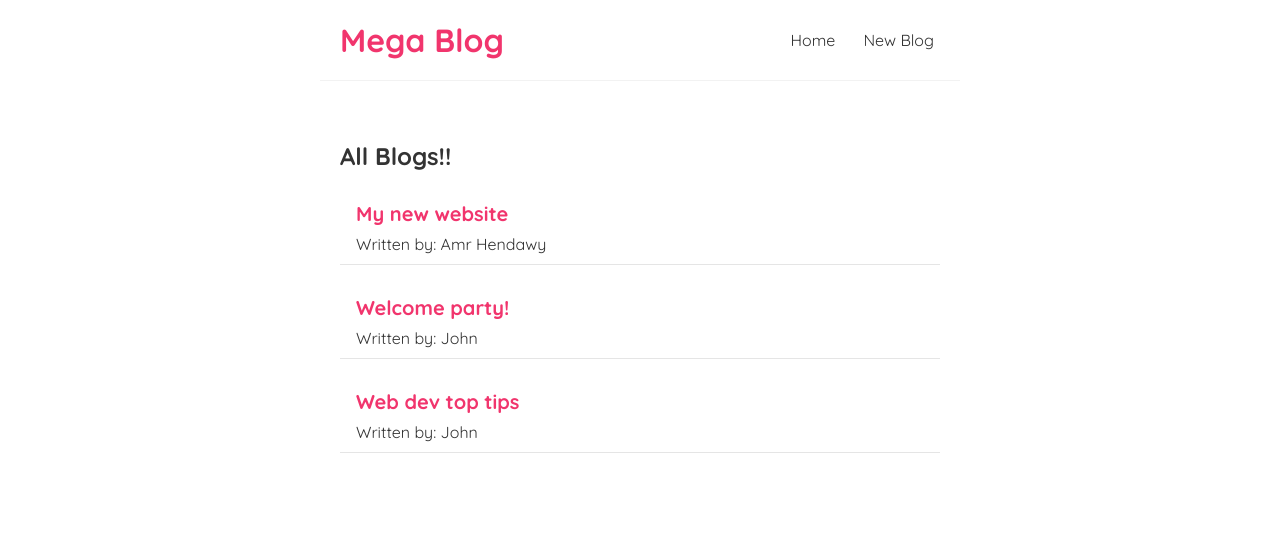
Repository: Amr-Hendawy/blog
Page: /
An editor plug-in stored every save of this project. The page is shown before and after the next save, followed by the edit.
The browser window is 1280 px wide. The pictures show the whole page.
The project was rebuilt for these pictures with package versions that can differ from the ones it lists, and the page was loaded fresh each time.

Above is the page before, as saved 2022-10-28 20:47:00.

### src/index.css
@import url("https://fonts.googleapis.com/css2?family=Quicksand:wght@300;400;500;600;700&display=swap");
/* base styles */
* {
  margin: 0;
  font-family: "Quicksand";
  color: #333;
}
.navbar {
  padding: 20px;
  display: flex;
  align-items: center;
  max-width: 600px;
  margin: 0 auto;
  border-bottom: 1px solid #f2f2f2;
}
.navbar h1 {
  color: #f1356d;
}
.navbar .links {
  margin-left: auto;
}
.navbar a {
  margin-left: 16px;
  text-decoration: none;
  padding: 6px;
}
.navbar a:hover {
  color: #f1356d;
}
.content {
  max-width: 600px;
  margin: 40px auto;
  padding: 20px;
}
/*blog previews / list*/

.blog-preview {
  padding: 10px 16px;
  margin: 20px 0;
  border-bottom: 1px solid rgba(0, 0, 0, 0.1);
}

.blog-preview:hover {
  box-shadow: 1px 3px 5px rgba(0, 0, 0, 0.1);
}
.blog-preview h2 {
  font-size: 20px;
  color: #f1356d;
  margin-bottom: 8px;
}

### src/App.js
import Home from "./Components/Home/Home";
import { Navbar } from "./Components/Navbar/Navbar.jsx";

function App() {
  return (
    <div className="App">
      <Navbar />
      <div className="content">
        <Home />
      </div>
    </div>
  );
}

export default App;

### src/Components/Home/Home.js
import { useState } from "react";
import BlogList from "../BlogList/BlogList";

const Home = () => {
  let [blogs, setBlogs] = useState([
    {
      id: 1,
      author: "Amr Hendawy",
      title: "My new website",
      body: "English Teacher",
    },
    {
      id: 2,
      author: "John",
      title: "Welcome party!",
      body: "German Guide",
    },
    {
      id: 3,
      author: "John",
      title: "Web dev top tips",
      body: "Doctor",
    },
  ]);
  const handleDelete = (id) => {
    const newBlogs = blogs.filter((el) => el.id !== id);
    setBlogs(newBlogs);
  };
  return (
    <div className="home">
      <BlogList test={blogs} title="All Blogs!!" handleDelete={handleDelete} />
    </div>
  );
};

export default Home;

### src/Components/Navbar/Navbar.jsx
import React from "react";

export const Navbar = () => {
  return (
    <div className="navbar">
      <h1>Mega Blog</h1>
      <div className="links">
        <a href="/Home">Home</a>
        <a href="/create">New Blog</a>
      </div>
    </div>
  );
};

### src/Components/BlogList/BlogList.js
import React from "react";

const BlogList = ({ test, title }) => {
  return (
    <div>
      <h2>{title}</h2>
      {test.map((el) => (
        <div className="blog-preview" key={el.id}>
          <h2> {el.title}</h2>
          <p> Written by: {el.author}</p>
        </div>
      ))}
    </div>
  );
};

export default BlogList;

Loaded but not shown: src/index.js (common file)

After the next save:
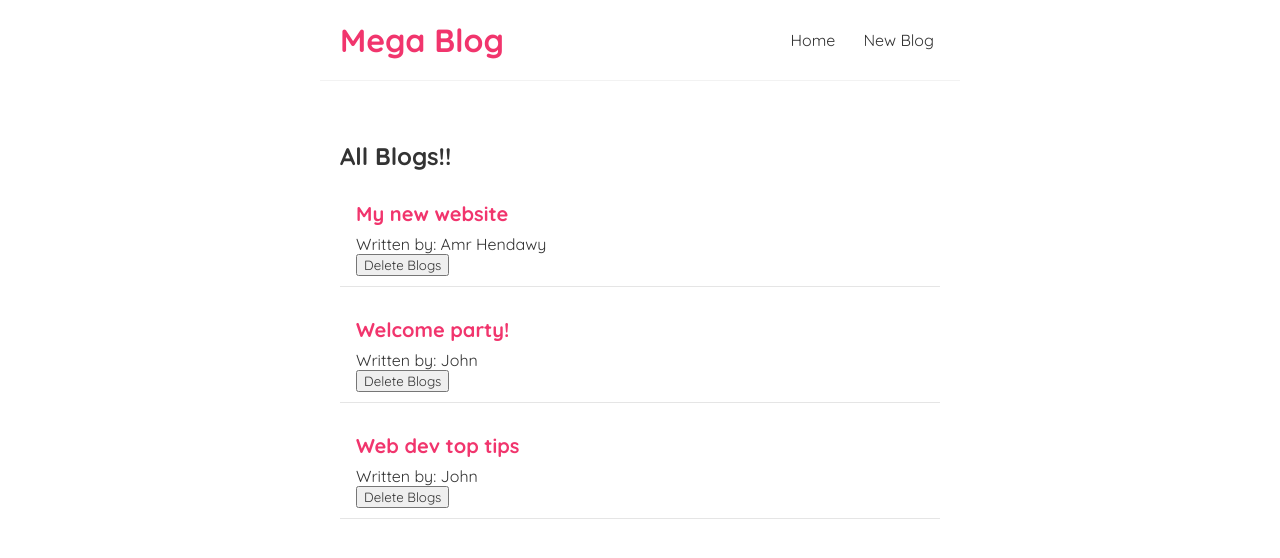
Saved 49 s later.
--- a/src/Components/BlogList/BlogList.js
+++ b/src/Components/BlogList/BlogList.js
@@ -8,6 +8,7 @@ const BlogList = ({ test, title }) => {
         <div className="blog-preview" key={el.id}>
           <h2> {el.title}</h2>
           <p> Written by: {el.author}</p>
+          <button>Delete Blogs</button>
         </div>
       ))}
     </div>
